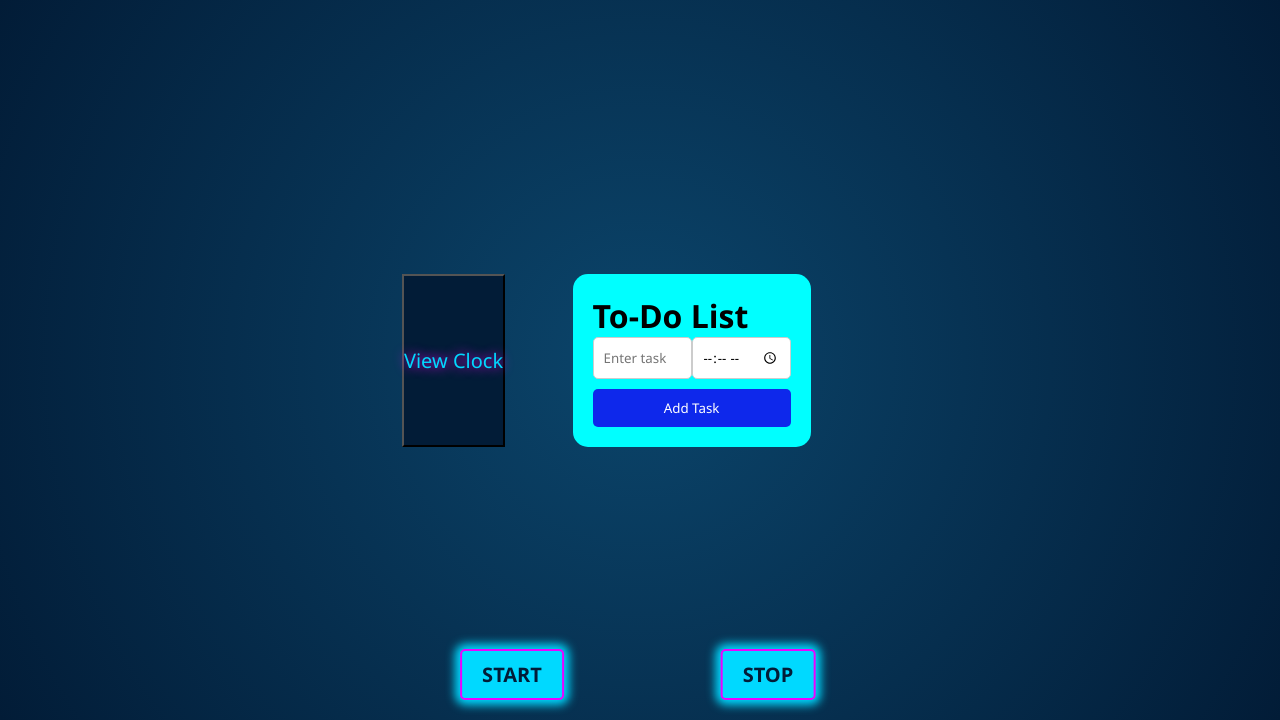
Repository: Suryansh-D/Cool-Clock
Page: index.html
An editor plug-in stored every save of this project. The page is shown before and after a run of saves, followed by the edit.
The browser window is 1280 px wide. The pictures show the whole page.
After loading, the first visible `#ToDobutton` was clicked once.

Above is the page before, as saved 2024-01-30 18:37:25.

### index.html
<!DOCTYPE html>
<html>
<head>
    <title>Schedule Clock</title>
    <link rel="stylesheet" href="style.css">
</head>
<body>
    <div class="All">
    <div class="clock" id="clock">
        <div class="number" style="--n:1"><b>1 <p class="task">AM: Sleep<p class="task">PM:Class</p></p></b></div>
        <div class="number" style="--n:2"><b>2 <p class="task">AM: Sleep<p class="task">PM:Lunch</p></p></b></div>
        <div class="number" style="--n:3"><b>3 <p class="task">AM: Sleep<p class="task">PM:Class</p></p></b></div>
        <div class="number" style="--n:4"><b>4 <p class="task">AM: Sleep<p class="task">PM:Class</p></p></b></div>
        <div class="number" style="--n:5"><b>5 <p class="task">AM: Sleep<p class="task">PM:Class</p></p></b></div>
        <div class="number" style="--n:6"><b>6 <p class="task">AM: Wake Up<p class="task">PM:Departure</p></p></b></div>
        <div class="number" style="--n:7"><b>7 <p class="task">AM: Breakfast<p class="task">PM:Assignment</p></p></b></div>
        <div class="number" style="--n:8"><b>8 <p class="task">AM: College<p class="task">PM:Dinner</p></p></b></div>
        <div class="number" style="--n:9"><b>9 <p class="task">AM: Class<p class="task">PM:Assignment</p></p></b></div>
        <div class="number" style="--n:10"><b>10 <p class="task">AM: Class<p class="task">PM:Projects</p></p></b></div>
        <div class="number" style="--n:11"><b>11 <p class="task">AM: Class<p class="task">PM:Projects</p></p></b></div>
        <div class="number" style="--n:12"><b>12 <p class="task">AM: Class<p class="task">PM:Sleep</p></p></b></div>
        <div class="hour-hand" id="hour-hand"></div>
        <div class="minute-hand" id="minute-hand"></div>
        <div class="second-hand" id="second-hand"></div>
        <div class="center-dot"></div>
    </div>
    <button class="start-btn" id="start-btn"><b>START</b></button>
    <button class="stop-btn" id="stop-btn"><b>STOP</b></button>
    <button class="To-do" id="ToDobutton"><b>Make a To Do List</b></button>
    <div class="ToDoContainer" id="ToDoContainer">
        <h1>To-Do List</h1>
        <div class="entry">
        <input type="text" id="task-input" placeholder="Enter task" class="entertask">
        <input type="time" id="time-input" class="entertime"></div>
        <button onclick="addTask()" class="addtask">Add Task</button>
        <ul id="task-list">
        </ul>
        </div>
        </div>

      </div><script src="script.js"></script>
</body>
</html>

### style.css
*{
    margin: 0;
    padding: 0;
    box-sizing: border-box;
    font-family: 'Segoe UI', Tahoma, Geneva, Verdana, sans-serif;
}

body{
    display: flex;
    justify-content: center;
    align-items: center;
    height: 100vh;
    background: radial-gradient(circle,#0b456b, #021c37)
}
.clock{
    width: 500px;
    height: 500px;
    position: relative;
    background-color: lightgray;
    border-radius: 50%;
    display: flex;
    justify-content: center;
    align-items: center;
    background: radial-gradient(circle,#05263c , #000d1a);
}
.clock::before{
    content: "";
    position: absolute;
    width: 525px;
    height: 525px;
    border-radius: 50%;
    background:linear-gradient(to right, #00d9ff,#ee00ff);
    box-shadow: 0 0 0 15px 15px rgba(0,0,0,0.2);
    z-index: -1;

}
.number{
    transform: rotate(calc(30deg * var(--n)));
    position: absolute;
    text-align: center;
    inset: 20px;
    font-size: 40px;
    color:#00d9ff;
    text-shadow:0 0 12px #ee00ff;
}
.number b{
    transform: rotate(calc(-30deg * var(--n)));
    display: inline-block;
}

.center-dot{
    position: absolute;
    width: 25px;
    height: 25px;
    background-color: #ee00ff;
    border:6px solid #00d9ff;
    border-radius: 50%;
}

.hour-hand, .minute-hand, .second-hand{
    --rotate:0;
    position: absolute;
    left: 50%;
    bottom: 50%;
    transform: translate(-50%) rotate(calc(var(--rotate)*1deg));
    transform-origin: bottom;
    border-radius: 30px 30px 0 0;
}
.hour-hand{
   width:12px;
    height: 130px;
    background:linear-gradient(#00d9ff, #ee00ff );
}
.minute-hand{
    width:12px;
    height: 190px;
    background:linear-gradient(to top, #00d9ff, #ee00ff );
}
.second-hand{
    width: 6px;
    height: 210px;
    background:linear-gradient(to top, #00d9ff, #ee00ff );
}

.start-btn{
    position: absolute;
    bottom: 20px;
    left: 40%;
    transform: translateX(-50%);
    padding: 10px 20px;
    background-color: #00d9ff;
    border: 2px solid #ee00ff;
    border-radius: 5px;
    color: #021c37;
    font-size: 20px;
    font-weight: 500;
    cursor: pointer;
    transition: all 0.3s ease;
    box-shadow: 0 0 10px 5px #00d9ff;
}
.stop-btn{
    position: absolute;
    bottom: 20px;
    left: 60%;
    transform: translateX(-50%);
    padding: 10px 20px;
    background-color: #00d9ff;
    border: 2px solid #ee00ff;
    border-radius: 5px;
    color: #021c37;
    font-size: 20px;
    font-weight: 500;
    cursor: pointer;
    transition: all 0.3s ease;
    font-family:'Times New Roman', Times, serif;
    box-shadow: 0 0 10px 5px #00d9ff;
}
.task{
    font-size: 10px
}
.To-do{
    font-size: 20px;
    font-weight: 500;
    color: #00d9ff;
    text-shadow:0 0 12px #ee00ff;
    background-color: #021c37;

}

/* To do */

#task-list {
    list-style: none;
    padding: 0;
    margin: 0;
  }

  #task-list li {
    margin-bottom: 5px;
    padding: 10px;
    margin: 10px 0;
    background-color: #c742db;
    color: #fff;
    border-radius: 5px;
  }

  #task-list li button {
    float: right;
    background-color: transparent;
    border: none;
    cursor: pointer;
  }
  .ToDoContainer {
    width: 50%;
    max-width: 600px;
    margin: 0 auto;
    padding: 20px;
    background-color: aqua;
    border-radius: 15px;
  }
  .entertask{
    width: 100%;
    padding: 10px;
    border: 1px solid #ccc;
    border-radius: 5px;
    box-sizing: border-box;
    margin-bottom: 10px;
  }
  .entertime{
    width: 50%;
    padding: 10px;
    border: 1px solid #ccc;
    border-radius: 5px;
    box-sizing: border-box;
    margin-bottom: 10px;
  }
  .addtask{
    width: 100%;
    background-color: #0e28eb;
    color: #fff;
    padding: 10px;
    border: none;
    border-radius: 5px;
    cursor: pointer;
  }
  .entry{
    display: flex;
    justify-content: space-between;
  }
  .All{
    height: auto;
    width: auto;
    display: flex;
    justify-content: space-between;
  }

### script.js


const secondHand = document.getElementById('second-hand');
const minsHand = document.getElementById('minute-hand');
const hourHand = document.getElementById('hour-hand');
const startButton = document.getElementById('start-btn');
const stopButton = document.getElementById('stop-btn');
const ToDobutton = document.getElementById('ToDobutton');
const ToDoContainer = document.getElementById('ToDoContainer');
const Clock = document.getElementById('clock');


ToDoContainer.style.display = 'none';
ToDobutton.addEventListener('click', () => {
    ToDoContainer.style.display = 'block';
    Clock.style.display = 'none';
    ToDobutton.innerHTML = 'View Clock';

});



startButton.addEventListener('mouseenter', () => {
    startButton.style.backgroundColor = 'lightgreen';
}
);
startButton.addEventListener('mouseleave', () => {
    startButton.style.backgroundColor = 'skyblue'

}
);
stopButton.addEventListener('mouseenter', () => {
    stopButton.style.backgroundColor = 'red';
}
);
stopButton.addEventListener('mouseleave', () => {
    stopButton.style.backgroundColor = 'skyblue';
}
);
startButton.addEventListener('click', () => {
    startButton.style.display = 'none';
    stopButton.style.display = 'inline-block';
    clockTick();
}
);

stopButton.addEventListener('click', () => {
    stopButton.style.display = 'none';
    startButton.style.display = 'inline-block';
}
);
function clockTick(){
    const date = new Date();
    const seconds = date.getSeconds()/60;
    const mins = (seconds + date.getMinutes())/60;
    const hours = (mins + date.getHours())/12;

    rotateClockHand(secondHand, seconds);
    rotateClockHand(minsHand, mins);
    rotateClockHand(hourHand, hours);
}

function rotateClockHand(element, rotation){
    element.style.setProperty('--rotate', rotation * 360);
}



let clockInterval;

function startClock() {
    clockInterval = setInterval(clockTick, 1000);
    console.log('start');
}

function stopClock() {
    clearInterval(clockInterval);
    console.log('stop');
}
startButton.addEventListener('click', startClock);
stopButton.addEventListener('click', stopClock);

// To Do

const taskInput = document.getElementById('task-input');
const timeInput = document.getElementById('time-input');
const taskList = document.getElementById('task-list');

function addTask() {
  const task = taskInput.value;
  const time = timeInput.value;

  if (task) {
    const listItem = document.createElement('li');
    listItem.textContent = task + ' - ' + time;
    const removeButton = document.createElement('button');
    removeButton.textContent = "Remove";
    removeButton.addEventListener('click', () => listItem.remove());
    listItem.appendChild(removeButton);
    taskList.appendChild(listItem);

    taskInput.value = '';
    timeInput.value = '';
  }
}

After the next 3 saves:
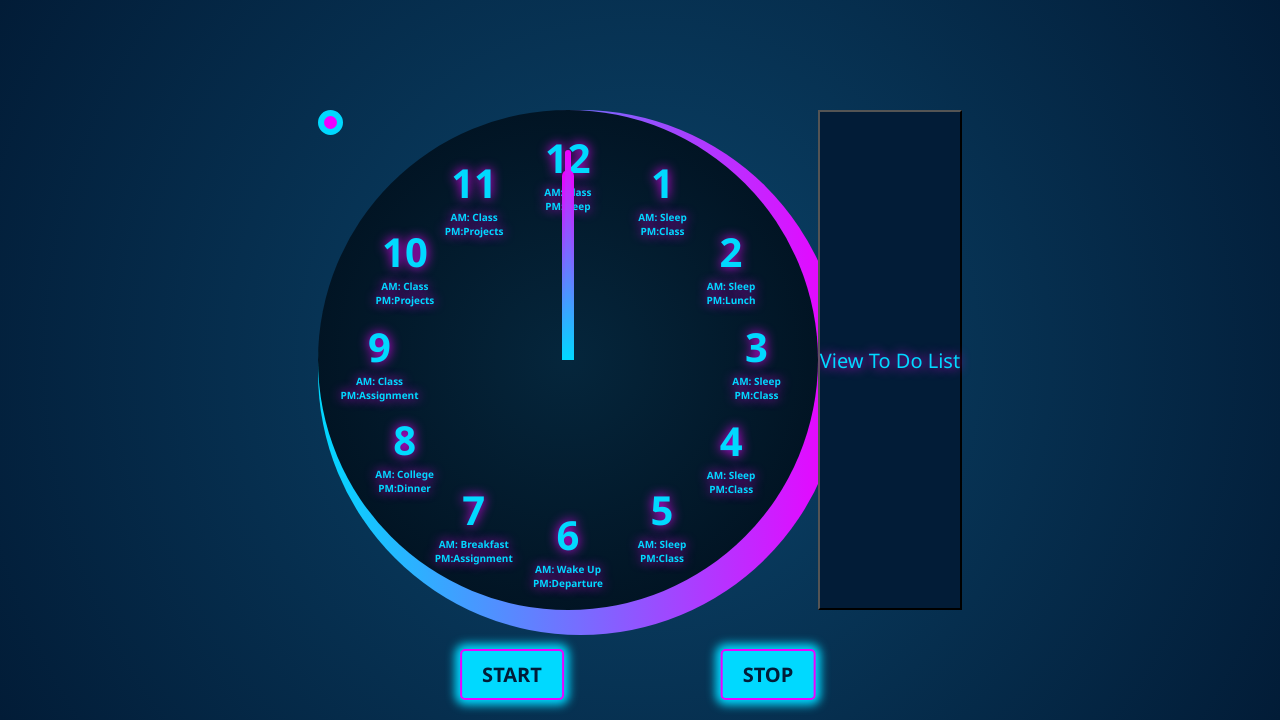
The 3 saves are shown as one change because they came seconds apart.
The last was saved 16 s later.
--- a/script.js
+++ b/script.js
@@ -15,6 +15,13 @@ ToDobutton.addEventListener('click', () => {
     ToDoContainer.style.display = 'block';
     Clock.style.display = 'none';
     ToDobutton.innerHTML = 'View Clock';
+
+});
+
+ToDobutton.addEventListener('click', () => {
+    ToDoContainer.style.display = 'none';
+    Clock.style.display = 'block';
+    ToDobutton.innerHTML = 'View To Do List';
 
 });
 
